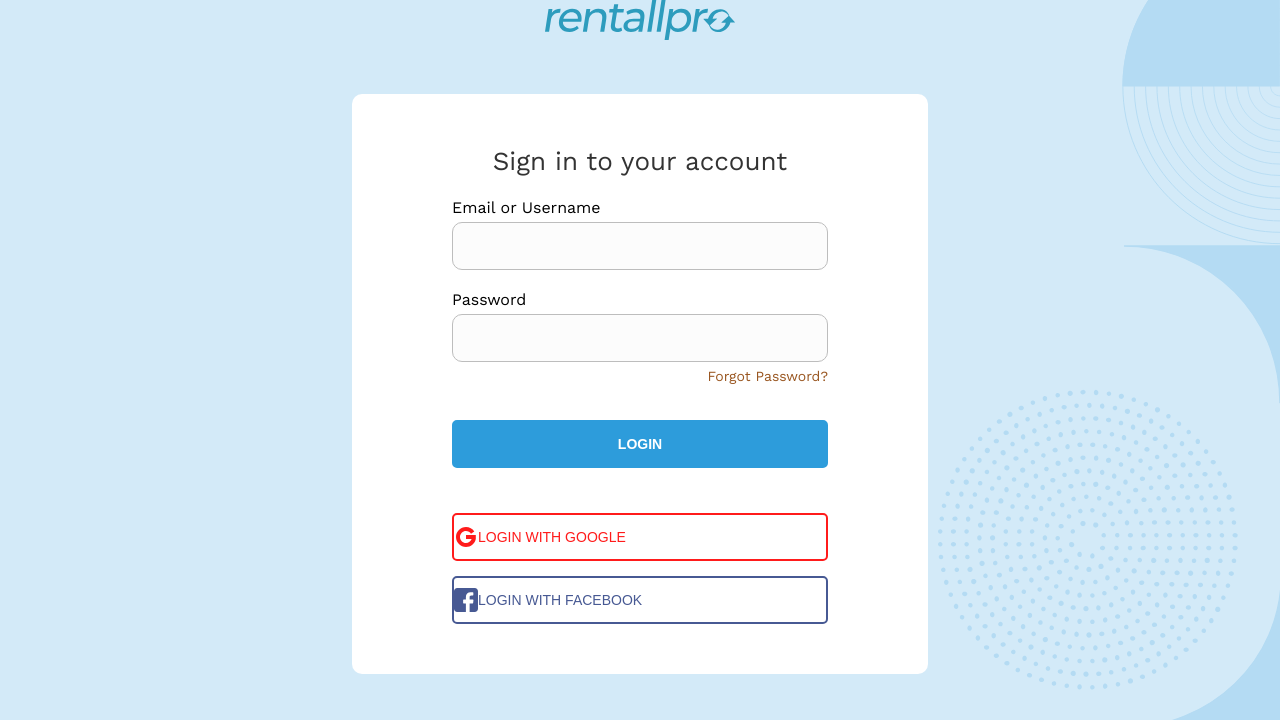
Repository: RentallPro/rentallpro-frontend
Page: /
These files come from the project's save history. The page is drawn as it stood at one moment and after the next save; the edit follows.
The browser window is 1280 px wide. The pictures show the whole page.
The project was rebuilt for these pictures with package versions that can differ from the ones it lists, and the page was loaded fresh each time.

Above is the page before, as saved 2020-12-09 11:02:26.

### public/index.html
<!DOCTYPE html>
<html lang="en">
  <head>
    <meta charset="utf-8">
    <meta http-equiv="X-UA-Compatible" content="IE=edge">
    <meta name="viewport" content="width=device-width,initial-scale=1.0">
    <link rel="icon" href="<%= BASE_URL %>favicon.ico">
    <link href="https://fonts.googleapis.com/css?family=Work+Sans&display=swap" rel="stylesheet">
    <title><%= htmlWebpackPlugin.options.title %></title>
  </head>
  <body>
    <noscript>
      <strong>We're sorry but <%= htmlWebpackPlugin.options.title %> doesn't work properly without JavaScript enabled. Please enable it to continue.</strong>
    </noscript>
    <div id="app"></div>
    <!-- built files will be auto injected -->
  </body>
</html>

### src/App.vue
<template>
  <div id="app">
    <router-view/>
  </div>
</template>

<style lang="scss">
* {
  margin: 0;
  padding: 0;
  box-sizing: border-box;
}
#app {
  font-family: 'Work Sans', sans-serif;
}
</style>

### src/router/index.js
import Vue from 'vue'
import VueRouter from 'vue-router'
import Home from '../views/Home/Home.vue'

Vue.use(VueRouter)

const routes = [
  {
    path: '/',
    name: 'Home',
    component: Home
  },
  {
    path: '/about',
    name: 'About',
    // route level code-splitting
    // this generates a separate chunk (about.[hash].js) for this route
    // which is lazy-loaded when the route is visited.
    component: () => import(/* webpackChunkName: "about" */ '../views/About.vue')
  }
]

const router = new VueRouter({
  mode: 'history',
  base: process.env.BASE_URL,
  routes
})

export default router

### src/views/Home/Home.vue
<template>
  <div class="home">
    <div class="form-container">
      <div class="logo"><img src="@/assets/logo.svg" alt="logo"></div>
      <div class="form-wrapper">
        <h3 class="form-title">Sign in to your account</h3>
        <div class="input">
          <label for="Email">Email or Username</label>
          <input type="text">
        </div>
        <div class="input">
          <label for="password">Password</label>
          <input type="password">
          <p>Forgot Password?</p>
        </div>
        <button class="login-button button">
          LOGIN
        </button>
        <div class="social-buttons">
          <button class="google-button button">
            <svg width="24" height="24" viewBox="0 0 24 24" fill="none" xmlns="http://www.w3.org/2000/svg">
              <path d="M6 12C6 15.3137 8.68629 18 12 18C14.6124 18 16.8349 16.3304 17.6586 14H12V10H21.8047V14H21.8C20.8734 18.5645 16.8379 22 12 22C6.47715 22 2 17.5228 2 12C2 6.47715 6.47715 2 12 2C15.445 2 18.4831 3.742 20.2815 6.39318L17.0039 8.68815C15.9296 7.06812 14.0895 6 12 6C8.68629 6 6 8.68629 6 12Z" fill="#FF1B1B"/>
            </svg>
            <span>LOGIN WITH GOOGLE</span>
          </button>
          <button class="facebook-button button">
            <svg width="24" height="24" viewBox="0 0 24 24" fill="none" xmlns="http://www.w3.org/2000/svg">
              <path d="M20.7657 0H3.23405C1.44797 0 0 1.44791 0 3.23405V20.7658C0 22.552 1.44791 23.9999 3.23405 23.9999H11.8806L11.8953 15.4236H9.66721C9.37765 15.4236 9.14264 15.1895 9.14152 14.8999L9.13084 12.1354C9.12972 11.8443 9.36544 11.6077 9.65659 11.6077H11.8806V8.93651C11.8806 5.83661 13.7739 4.14869 16.5392 4.14869H18.8083C19.0986 4.14869 19.3341 4.38406 19.3341 4.67444V7.00547C19.3341 7.29573 19.0988 7.53104 18.8086 7.53122L17.4161 7.53187C15.9122 7.53187 15.621 8.24648 15.621 9.29522V11.6078H18.9255C19.2404 11.6078 19.4847 11.8827 19.4476 12.1954L19.1199 14.9599C19.0885 15.2244 18.8642 15.4237 18.5978 15.4237H15.6357L15.621 24H20.7658C22.5519 24 23.9998 22.5521 23.9998 20.766V3.23405C23.9998 1.44791 22.5519 0 20.7657 0Z" fill="#475993"/>
            </svg>
            <span>LOGIN WITH FACEBOOK</span>
          </button>
        </div>
      </div>
    </div>
  </div>
</template>

<script>
// @ is an alias to /src

export default {
  name: 'Home',
  components: {
  }
}
</script>

<style lang="scss" src="./Home.scss" scoped></style>

### src/views/Home/Home.scss
.home {
    background: #D3EAF8;
    background-image: url(../../assets/Patern.svg);
    background-repeat: no-repeat;
    background-position-y: top;
    background-position-x: right;
    width: 100vw;
    height: 100vh;
    .form-container {
        width: 45%;
        display: block;
        margin: auto;
        .button {
            height: 48px;
            width: 100%;
            border-radius: 5px;
            font-size: 14px;
            line-height: 18px;
        }
        .logo {
            text-align: center;
        }
        .form-wrapper {
            width: 100%;
            padding: 50px 100px;
            background: #FFFFFF;
            border-radius: 10px;
            margin-top: 50px;
            .form-title {
                font-style: normal;
                font-weight: 500;
                font-size: 26px;
                line-height: 34px;
                color: #333333;
                text-align: center;
            }
            .input {
                display: flex;
                flex-direction: column;
                margin-top: 20px;
                input {
                    height: 48px;
                    background: #FCFCFC;
                    border: 1px solid #BDBDBD;
                    border-radius: 10px;
                    margin-top: 5px;
                }
                p {
                    font-weight: normal;
                    font-size: 14px;
                    line-height: 18px;
                    color: #995620;
                    text-align: right;
                    margin-top: 5px;
                }
            }
            .login-button {
                background: #2D9CDB;
                border: 2px solid #2D9CDB;
                font-style: normal;
                font-weight: bold;
                color: #FFFFFF;
                margin-top: 35px;
            }
            .social-buttons {
                margin-top: 45px;
                .google-button {
                    display: flex;
                    align-items: center;
                    color: #FF1B1B;
                    border: 2px solid #FF1B1B;
                    font-weight: 500;
                    background-color: #FFFFFF;
                }
                .facebook-button {
                    display: flex;
                    align-items: center;
                    color: #475993;
                    border: 2px solid #475993;
                    background-color: #FFFFFF;
                    font-weight: 500;
                    margin-top: 15px;
                }
            }
        }
    }
}

Loaded but not shown: src/main.js (common file); src/store/index.js (common file)

After the next save:
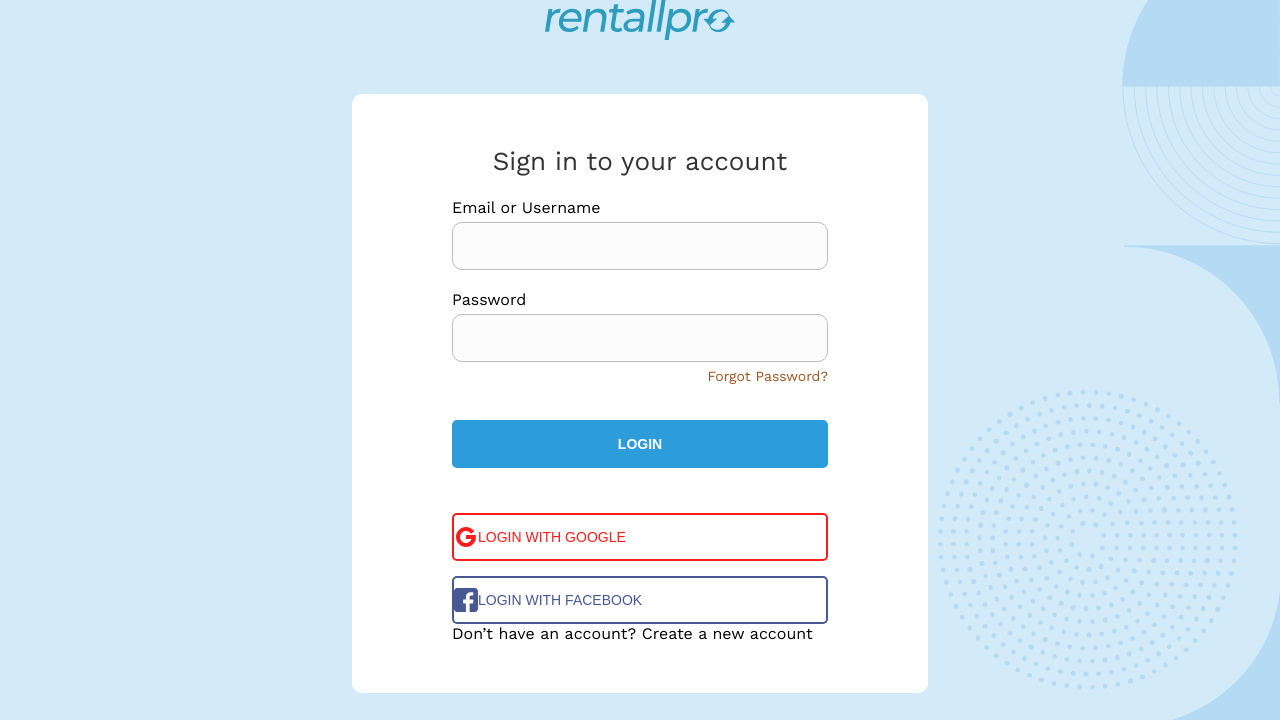
Saved 6 min 45 s later.
--- a/src/views/Home/Home.vue
+++ b/src/views/Home/Home.vue
@@ -30,6 +30,7 @@
             <span>LOGIN WITH FACEBOOK</span>
           </button>
         </div>
+        <p>Don’t have an account? <span>Create a new account</span></p>
       </div>
     </div>
   </div>
